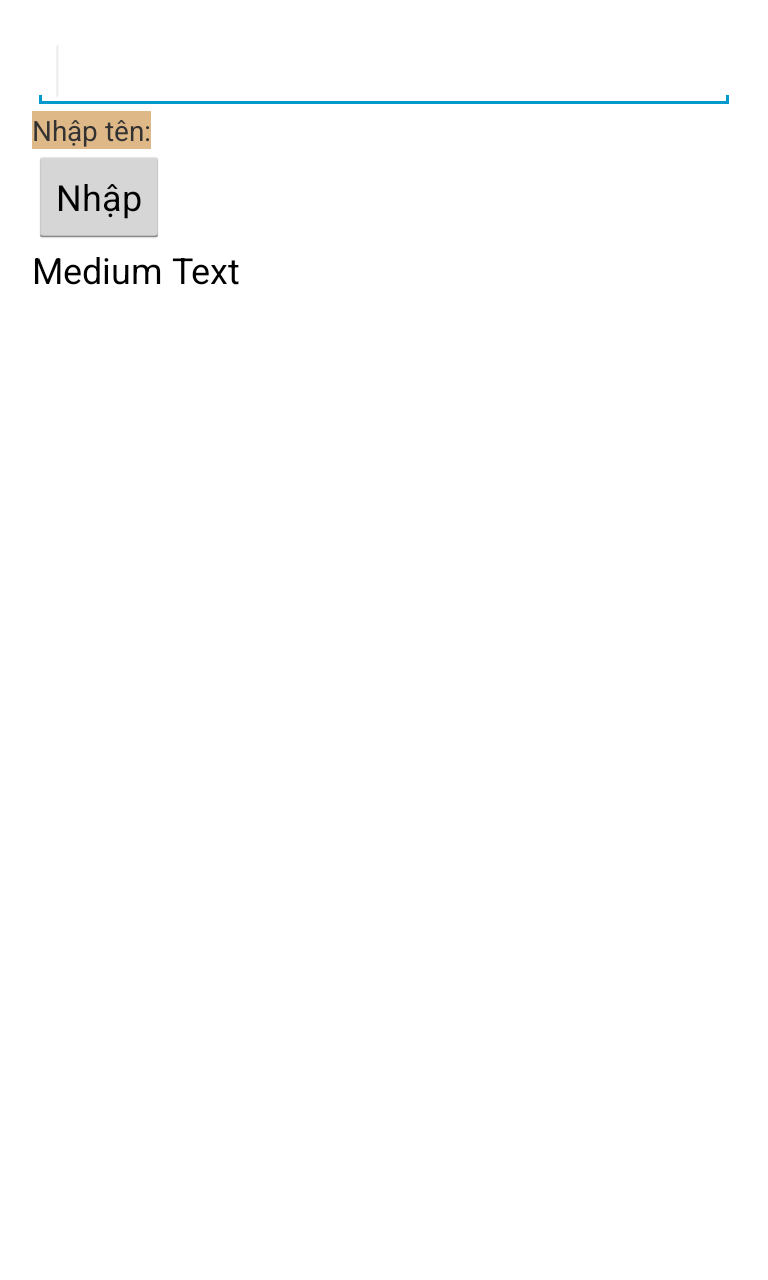
Repository: huynhnhatha/Android
Layout: Bai13/Truong_hop_3/res/layout/activity_main.xml
An editor plug-in stored every save of this project. The layout is shown before and after the next save, followed by the edit.
It is drawn on a 768 x 1280 px phone screen (xhdpi) without system bars, with theme AppTheme; the app's code is not run. Lists and similar views that code fills are empty. The app's manifest (not shown) leaves right-to-left support off. So textAlignment, textDirection and layoutDirection are ignored, and left and right values win over start and end ones.

Above is the layout before, as saved 2017-05-16 10:16:13.

After the next save:
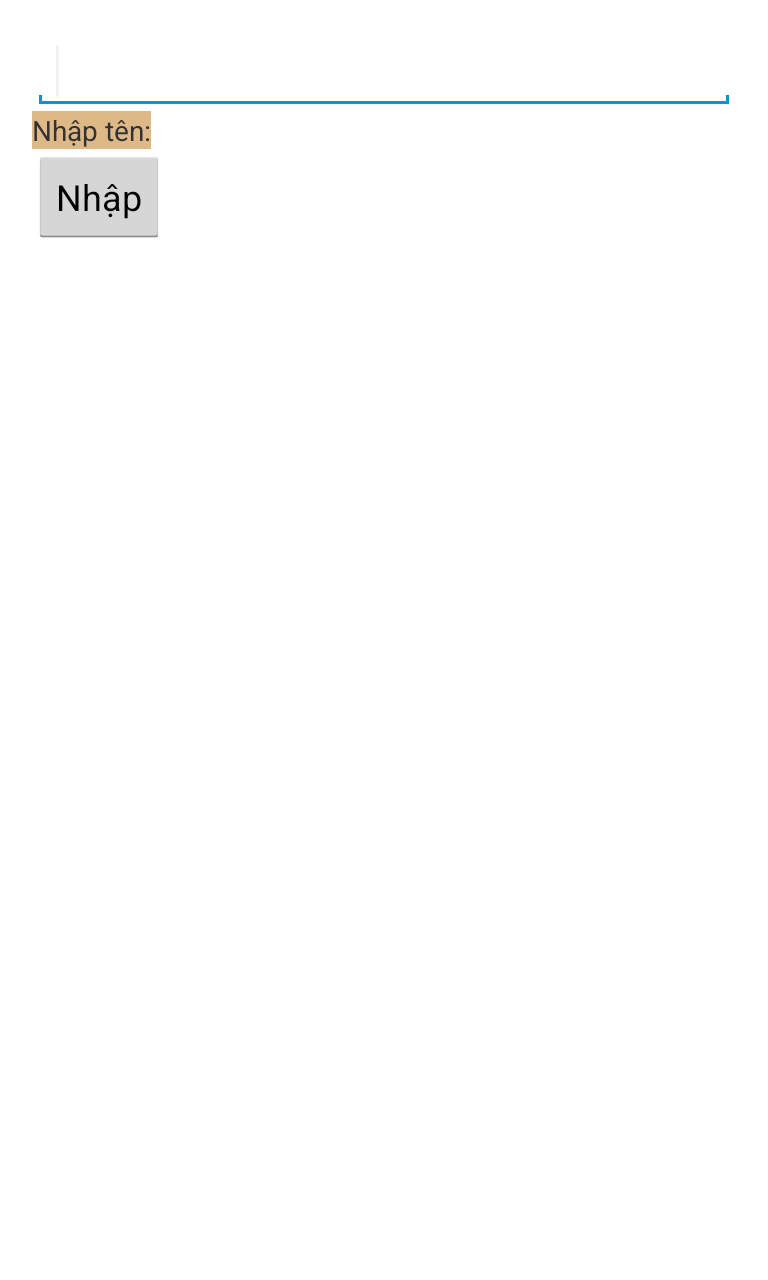
Saved 2 min 57 s later.
--- a/Bai13/Truong_hop_3/res/layout/activity_main.xml
+++ b/Bai13/Truong_hop_3/res/layout/activity_main.xml
@@ -24,27 +24,21 @@
         android:id="@+id/textView1"
         android:layout_width="wrap_content"
         android:layout_height="wrap_content"
-        android:layout_alignBaseline="@+id/txtTen"
- 		android:layout_alignBottom="@+id/txtTen"
-       	android:background="#deb887"
-		android:text="Nhập tên:" />
+        android:background="#deb887"
+        android:text="Nhập tên:" />
 
     <Button
         android:id="@+id/btnNhap"
         android:layout_width="wrap_content"
         android:layout_height="wrap_content"
-        android:layout_alignRight="@+id/txtTen"
- 		android:layout_below="@+id/txtTen"
- 		android:layout_toRightOf="@+id/textView1"
  		android:textAlignment="center"
         android:text="Nhập" />
 
     <TextView
-        android:id="@+id/textView2"
+        android:id="@+id/txtselection"
         android:layout_width="wrap_content"
         android:layout_height="wrap_content"
-        android:text="Medium Text"
-        android:textAppearance="?android:attr/textAppearanceMedium" />
+       	android:background="#007380"  />
 
     <ListView
         android:id="@+id/listView1"
